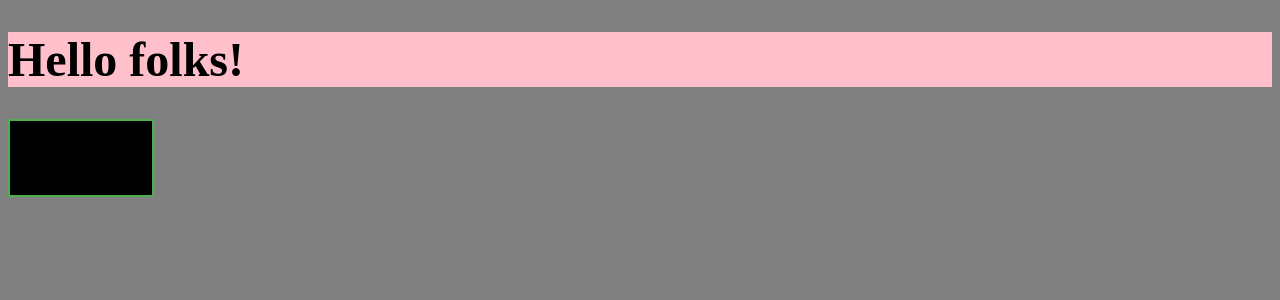
Repository: aakriti-tech/GlobalLogic
Page: Akki/WebContent/index.html
The author's editor kept a copy of each file at every save. The page is drawn from the files as they stood at one save, then again after the next save.
The browser window is 1280 px wide. The pictures show the whole page.

Above is the page before, as saved 2022-08-01 06:49:57.

After the next save:
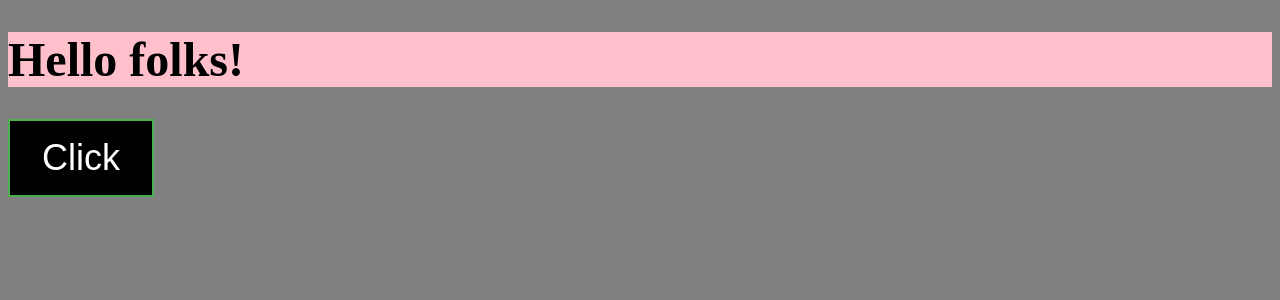
Saved 94 s later.
--- a/Akki/WebContent/index.html
+++ b/Akki/WebContent/index.html
@@ -11,7 +11,7 @@ font-size:48px;
 }
 .button1 {
   background-color: black;
-  color: black;
+  color: white;
   border: 2px solid #4CAF50;
   font-size: 36px;
   padding: 16px 32px;
